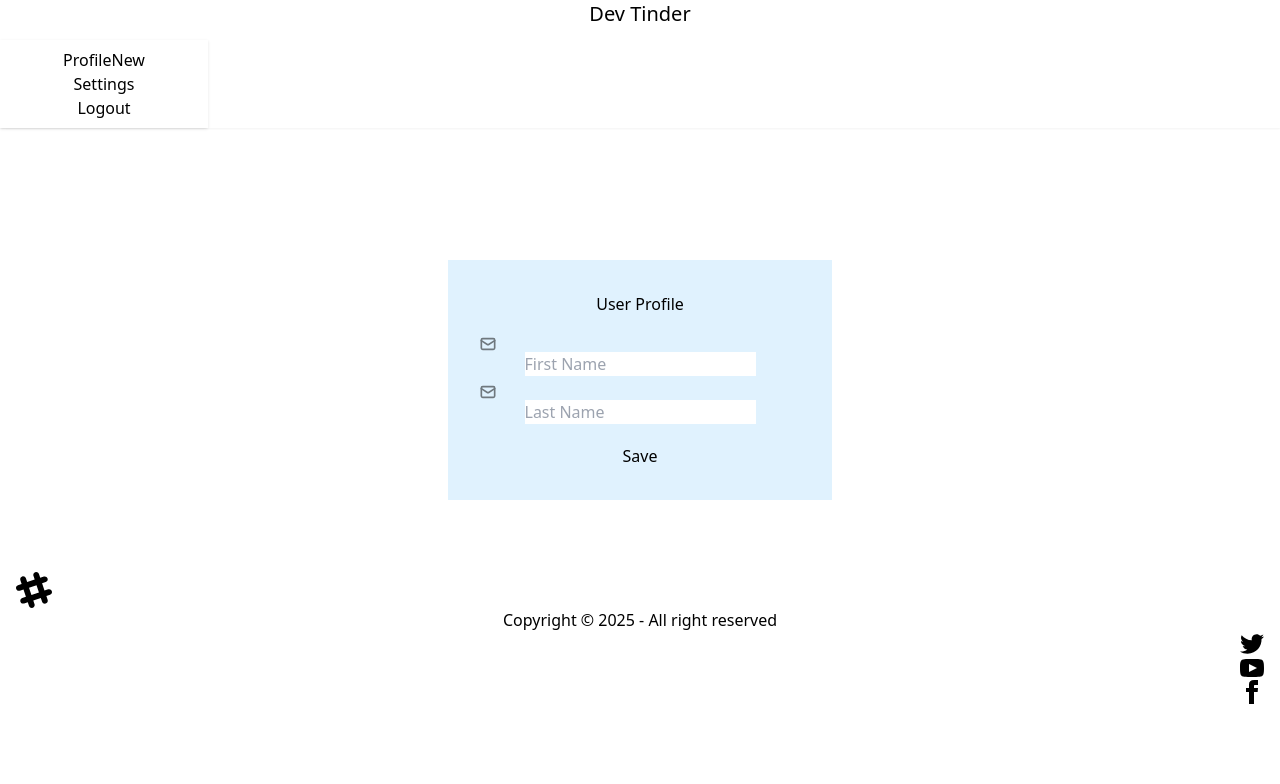
Repository: ROHIT8804/devTinderFrontEnd
Page: /profile (app in devTinder-Web/)
An editor plug-in stored every save of this project. The page is shown before and after the next save, followed by the edit.
The browser window is 1280 px wide. The pictures show the whole page.
The page's requests for data from a server got no answer. The project was rebuilt for these pictures with package versions that can differ from the ones it lists, and the page was loaded fresh each time. No one was signed in, and anything a server would have sent is missing. Also part of the build but not shown: devTinder-Web/vite.config.js, devTinder-Web/src/components/Login.jsx, devTinder-Web/src/components/UserCard.jsx, devTinder-Web/src/components/Feed.jsx.

Above is the page before, as saved 2025-08-09 11:35:09.

### devTinder-Web/src/App.jsx
import { useState } from "react";
import "./App.css";
import { Routes } from "react-router-dom";
import { BrowserRouter, Route } from "react-router-dom";
import Body from "./components/Body";
import Login from "./components/Login";
import Profile from "./components/Profile";
import { Provider } from "react-redux";
import appStore from "./utils/appStore";
import Feed from "./components/Feed";

function App() {
  const [count, setCount] = useState(0);

  return (
    <>
    <Provider store={appStore}>
      <BrowserRouter>
        <Routes>
          <Route path="/" element={<Body />} >
            <Route path="/feed" element={<Feed />} />
            <Route path="/login" element={<Login />} />
            <Route path="/profile" element={<Profile />} />
          </Route>
        </Routes>
      </BrowserRouter>
      </Provider>
    </>
  );
}

export default App;

### devTinder-Web/src/components/Body.jsx
import { Outlet } from "react-router-dom";
import Nav from "./Nav";
import Footer from "./Footer";
import axios from "axios";
import { BASE_URL } from "../utils/constants";
import { useDispatch } from "react-redux";
import { useEffect } from "react";
import { setUser } from "../utils/userSlice";
import { useNavigate } from "react-router-dom";
import { useSelector } from "react-redux";

function Body() {
  const dispatch = useDispatch();
  const navigate = useNavigate();
  const userData = useSelector((state) => console.log("State in Body:", state) || state.user);

  const fetchUser = async () => {
    if(userData.name) return;
    try{
        const user = await axios.get(BASE_URL + '/profile',{
        withCredentials: true
      })
      dispatch(setUser({ name:user.data.user.firstName, email: user.data.user.emailId }));
    }
    catch (error) {
      if(error.response && error.response.status === 401) {
        localStorage.removeItem('user');
        navigate('/login');
      }
      console.error("Error fetching user:", error);
    }

  }

  useEffect(() => {
    fetchUser();
  }, []);

  return (
    <div className="relative min-h-screen ">
      {/* Fixed Navbar */}
      <div className="fixed top-0 left-0 w-full z-50">
        <Nav />
      </div>
      {/* Main Content */}
      <div className="flex flex-col items-center justify-center pt-[3.5rem] pb-[5rem] min-h-screen">
        <Outlet />
      </div>
      {/* Fixed Footer */}
      <div className="fixed bottom-0 left-0 w-full z-50">
        <Footer />
      </div>
    </div>
  );
}

export default Body;

### devTinder-Web/src/components/Profile.jsx
import React, { useState, useEffect } from 'react';
import axios from 'axios';
import { useDispatch, useSelector } from 'react-redux';
import { setUser } from '../utils/userSlice';
import { useNavigate } from 'react-router-dom';
import { BASE_URL } from '../utils/constants';

function Profile() {

  const user = useSelector((state) => state.user);
  const [firstName, setFirstName] = useState(user.firstName || "");
  const [lastName, setLastName] = useState(user.lastName || "");
  const [gender, setGender] = useState("");
  const [photoUrl, setPhotoUrl] = useState("");
  const [error, setError] = useState("");
  const dispatch = useDispatch();
  const navigate = useNavigate();

  const handleProfileEdit = async (e) => {
    try {
      const response = await axios.patch(BASE_URL + '/profile/update', {
        firstName: firstName,
        lastName:lastName,
        gender:gender,
        photoUrl:photoUrl
      },
      {withCredentials: true}
    );
    // const { firstName, emailId } = response.data.user;
    // localStorage.setItem('user', JSON.stringify({ name:firstName, email: emailId }));
    // dispatch(setUser({ name:firstName, email: emailId }));

    } catch (error) {
      setError(error?.response?.data || "Login failed. Please try again.");
      console.error("Error handling email change:", error?.response?.data);
    }
  }

  useEffect(() => {
    const user = localStorage.getItem('user');
    // if(user){
    //   navigate('/feed');
    // }
  },[navigate]);

  return (
    <div className="card card-border bg-base-100 w-96" style={{ backgroundColor: "#e0f2fe" }}>
        <h2 className="card-title justify-center">User Profile</h2>
      <div className="card-body">
        <div className="mt-5">
          <label className="input validator">
            <svg
              className="h-[1em] opacity-50"
              xmlns="http://www.w3.org/2000/svg"
              viewBox="0 0 24 24"
            >
              <g
                strokeLinejoin="round"
                strokeLinecap="round"
                strokeWidth="2.5"
                fill="none"
                stroke="currentColor"
              >
                <rect width="20" height="16" x="2" y="4" rx="2"></rect>
                <path d="m22 7-8.97 5.7a1.94 1.94 0 0 1-2.06 0L2 7"></path>
              </g>
            </svg>
            <input type="email" value={firstName} onChange={(e)=>setFirstName(e.target.value)} placeholder="First Name" required />
          </label>
        </div>
        <div className="mt-2">
          <label className="input validator">
            <svg
              className="h-[1em] opacity-50"
              xmlns="http://www.w3.org/2000/svg"
              viewBox="0 0 24 24"
            >
              <g
                strokeLinejoin="round"
                strokeLinecap="round"
                strokeWidth="2.5"
                fill="none"
                stroke="currentColor"
              >
                <rect width="20" height="16" x="2" y="4" rx="2"></rect>
                <path d="m22 7-8.97 5.7a1.94 1.94 0 0 1-2.06 0L2 7"></path>
              </g>
            </svg>
            <input type="email" value={lastName} onChange={(e)=>setLastName(e.target.value)} placeholder="Last Name" required />
          </label>
        </div>

        <p className="text-red-500 text-left w-full">{error}</p>
        <div className="card-actions justify-center mt-5">
          <button className="btn btn-primary" onClick={handleProfileEdit}>Save</button>
        </div>
      </div>
    </div>
  );

}

export default Profile;

### devTinder-Web/src/utils/appStore.js
import { configureStore } from '@reduxjs/toolkit';
import userReducer from './userSlice';
import feedReducer from './feedSlice';

const appStore = configureStore({
  reducer: {
    user: userReducer,
    feed: feedReducer,
  },
});

export default appStore;

### devTinder-Web/src/components/Nav.jsx
import { useSelector, useDispatch } from "react-redux";
import { useNavigate, Link } from "react-router-dom";
import axios from "axios";
import { BASE_URL } from "../utils/constants";
import { clearUser } from "../utils/userSlice";

function Nav() {
  const navigate = useNavigate();
  const user = useSelector((state) => state.user);
  const dispatch = useDispatch();

  const handleLogout = async () => {
    try{
      await axios.post(BASE_URL + '/logout', {}, { withCredentials: true });
      localStorage.removeItem('user');
      dispatch(clearUser());
      navigate('/login');
    }
    catch (error) {
      console.error("Error during logout:", error);
    }
  }

  return (
    <>
      {/* Navigation Bar */}
      <div className="navbar bg-base-100 shadow-sm">
        <div className="flex-1">
          <Link to="/" className="btn btn-ghost text-xl justify-start">Dev Tinder</Link>
        </div>
        <div className="flex gap-2">
          {/* <input
            type="text"
            placeholder="Search"
            className="input input-bordered w-24 md:w-auto"
          /> */}
          <div className="dropdown dropdown-end">
            <div
              tabIndex={0}
              role="button"
              className="btn btn-ghost btn-circle avatar"
            >
              <div className="w-10 rounded-full">
                {user && user.name ? (
                  <img
                  alt="Tailwind CSS Navbar component"
                  src="https://img.daisyui.com/images/stock/photo-1534528741775-53994a69daeb.webp"
                />
                ): null}

              </div>
            </div>
            <ul
              tabIndex={0}
              className="menu menu-sm dropdown-content bg-base-100 rounded-box z-1 mt-3 w-52 p-2 shadow"
            >
              <li>
                <Link
                  to="/profile"
                 className="justify-between">
                  Profile
                  <span className="badge">New</span>
                </Link>
              </li>
              <li>
                <a>Settings</a>
              </li>
              <li>
                <a onClick={handleLogout}>Logout</a>
              </li>
            </ul>
          </div>
        </div>
      </div>
    </>
  );
}

export default Nav;

### devTinder-Web/src/components/Footer.jsx
function Footer() {
  return (
    <div>
        {/* Footer */}
      <footer className="footer sm:footer-horizontal bg-neutral text-neutral-content items-center p-4">
        <aside className="grid-flow-col items-center">
          <svg
            width="36"
            height="36"
            viewBox="0 0 24 24"
            xmlns="http://www.w3.org/2000/svg"
            fillRule="evenodd"
            clipRule="evenodd"
            className="fill-current">
            <path
              d="M22.672 15.226l-2.432.811.841 2.515c.33 1.019-.209 2.127-1.23 2.456-1.15.325-2.148-.321-2.463-1.226l-.84-2.518-5.013 1.677.84 2.517c.391 1.203-.434 2.542-1.831 2.542-.88 0-1.601-.564-1.86-1.314l-.842-2.516-2.431.809c-1.135.328-2.145-.317-2.463-1.229-.329-1.018.211-2.127 1.231-2.456l2.432-.809-1.621-4.823-2.432.808c-1.355.384-2.558-.59-2.558-1.839 0-.817.509-1.582 1.327-1.846l2.433-.809-.842-2.515c-.33-1.02.211-2.129 1.232-2.458 1.02-.329 2.13.209 2.461 1.229l.842 2.515 5.011-1.677-.839-2.517c-.403-1.238.484-2.553 1.843-2.553.819 0 1.585.509 1.85 1.326l.841 2.517 2.431-.81c1.02-.33 2.131.211 2.461 1.229.332 1.018-.21 2.126-1.23 2.456l-2.433.809 1.622 4.823 2.433-.809c1.242-.401 2.557.484 2.557 1.838 0 .819-.51 1.583-1.328 1.847m-8.992-6.428l-5.01 1.675 1.619 4.828 5.011-1.674-1.62-4.829z"></path>
          </svg>
          <p>Copyright © {new Date().getFullYear()} - All right reserved</p>
        </aside>
        <nav className="grid-flow-col gap-4 md:place-self-center md:justify-self-end">
          <a>
            <svg
              xmlns="http://www.w3.org/2000/svg"
              width="24"
              height="24"
              viewBox="0 0 24 24"
              className="fill-current">
              <path
                d="M24 4.557c-.883.392-1.832.656-2.828.775 1.017-.609 1.798-1.574 2.165-2.724-.951.564-2.005.974-3.127 1.195-.897-.957-2.178-1.555-3.594-1.555-3.179 0-5.515 2.966-4.797 6.045-4.091-.205-7.719-2.165-10.148-5.144-1.29 2.213-.669 5.108 1.523 6.574-.806-.026-1.566-.247-2.229-.616-.054 2.281 1.581 4.415 3.949 4.89-.693.188-1.452.232-2.224.084.626 1.956 2.444 3.379 4.6 3.419-2.07 1.623-4.678 2.348-7.29 2.04 2.179 1.397 4.768 2.212 7.548 2.212 9.142 0 14.307-7.721 13.995-14.646.962-.695 1.797-1.562 2.457-2.549z"></path>
            </svg>
          </a>
          <a>
            <svg
              xmlns="http://www.w3.org/2000/svg"
              width="24"
              height="24"
              viewBox="0 0 24 24"
              className="fill-current">
              <path
                d="M19.615 3.184c-3.604-.246-11.631-.245-15.23 0-3.897.266-4.356 2.62-4.385 8.816.029 6.185.484 8.549 4.385 8.816 3.6.245 11.626.246 15.23 0 3.897-.266 4.356-2.62 4.385-8.816-.029-6.185-.484-8.549-4.385-8.816zm-10.615 12.816v-8l8 3.993-8 4.007z"></path>
            </svg>
          </a>
          <a>
            <svg
              xmlns="http://www.w3.org/2000/svg"
              width="24"
              height="24"
              viewBox="0 0 24 24"
              className="fill-current">
              <path
                d="M9 8h-3v4h3v12h5v-12h3.642l.358-4h-4v-1.667c0-.955.192-1.333 1.115-1.333h2.885v-5h-3.808c-3.596 0-5.192 1.583-5.192 4.615v3.385z"></path>
            </svg>
          </a>
        </nav>
      </footer>
    </div>
  )
}

export default Footer;

### devTinder-Web/src/utils/userSlice.js
// utils/userSlice.js
import { createSlice } from '@reduxjs/toolkit';

const userSlice = createSlice({
  name: 'user',
  initialState: {
    name: null,
    email: null,
  },
  reducers: {
    setUser: (state, action) => {
      state.name = action.payload.name;
      state.email = action.payload.email;
    },
    clearUser: (state) => {
      state.name = null;
      state.email = null;
    },
  },
});

export const { setUser, clearUser } = userSlice.actions;
export default userSlice.reducer;

### devTinder-Web/src/utils/feedSlice.js
import { createSlice } from '@reduxjs/toolkit';

const feedSlice = createSlice({
    name: 'feed',
    initialState:{
        feedData: null,
    },
    reducers: {
        setFeed: (state, action) => {
            state.feedData = action.payload;
        },
        clearFeed: (state) => {
            state.feedData = null;
        },
    },
})

export const { setFeed, clearFeed } = feedSlice.actions;
export default feedSlice.reducer;

### devTinder-Web/tailwind.config.js
/** @type {import('tailwindcss').Config} */
export default {
  content: [
    "./index.html",
    "./src/**/*.{js,ts,jsx,tsx}",
  ],
  theme: {
    extend: {},
  },
  plugins: [require("daisyui")],
  daisyui: {
    themes: ["light", "dark", "cupcake"],
    darkTheme: "light", // Set this to "light" for light theme default
    base: true,
    styled: true,
    utils: true,
  },
}

Loaded but not shown: devTinder-Web/index.html (common file); devTinder-Web/src/main.jsx (common file); devTinder-Web/src/index.css (common file); devTinder-Web/src/App.css (common file); devTinder-Web/src/utils/constants.js (common file)

After the next save:
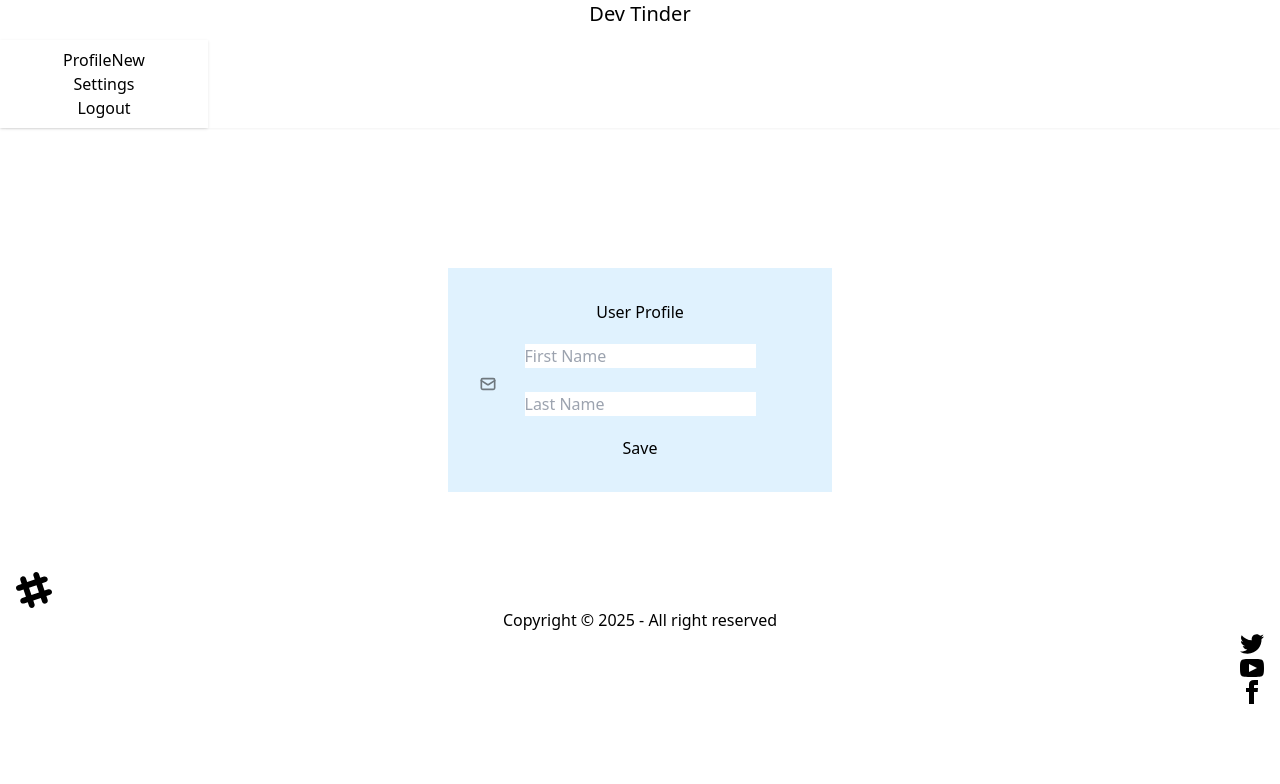
Saved 3 min 14 s later.
--- a/devTinder-Web/src/components/Profile.jsx
+++ b/devTinder-Web/src/components/Profile.jsx
@@ -49,22 +49,6 @@ function Profile() {
       <div className="card-body">
         <div className="mt-5">
           <label className="input validator">
-            <svg
-              className="h-[1em] opacity-50"
-              xmlns="http://www.w3.org/2000/svg"
-              viewBox="0 0 24 24"
-            >
-              <g
-                strokeLinejoin="round"
-                strokeLinecap="round"
-                strokeWidth="2.5"
-                fill="none"
-                stroke="currentColor"
-              >
-                <rect width="20" height="16" x="2" y="4" rx="2"></rect>
-                <path d="m22 7-8.97 5.7a1.94 1.94 0 0 1-2.06 0L2 7"></path>
-              </g>
-            </svg>
             <input type="email" value={firstName} onChange={(e)=>setFirstName(e.target.value)} placeholder="First Name" required />
           </label>
         </div>
